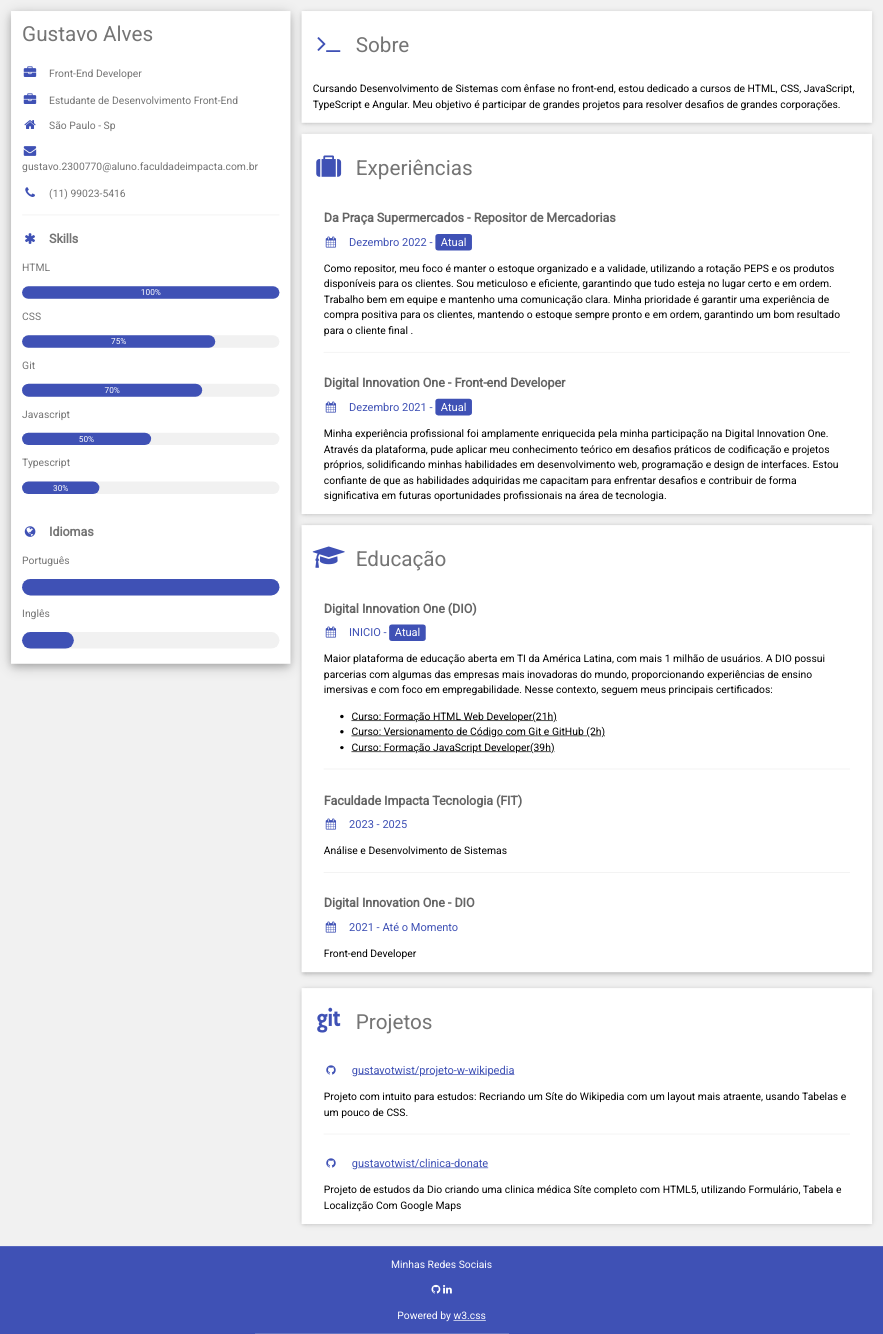
Repository: gustavotwist/cv
Page: index.html
The author's editor kept a copy of each file at every save. The page is drawn from the files as they stood at one save, then again after the next save.
The browser window is 1280 px wide. The pictures show the whole page, at 69% of full size.

Above is the page before, as saved 2024-06-19 22:40:26.

### index.html
<!DOCTYPE html>
<!-- @falvojr: Reference article https://www.w3schools.com/howto/howto_website_create_resume.asp -->
<!-- @falvojr: Useful link to use fontawesome (fa) icons: https://fontawesome.com/v4/icons/ -->
<html lang="pt-BR">

  <head>
    <title>Gustavo Alves</title>

    <meta http-equiv="Content-Type" content="text/html; charset=UTF-8">
    <meta name="viewport" content="width=device-width, initial-scale=1">

    <link rel="stylesheet" href="https://www.w3schools.com/w3css/4/w3.css">
    <link rel='stylesheet' href='https://fonts.googleapis.com/css?family=Roboto'>
    <link rel="stylesheet" href="https://cdnjs.cloudflare.com/ajax/libs/font-awesome/4.7.0/css/font-awesome.min.css">

    <style>
      html,body,h1,h2,h3,h4,h5,h6 {font-family: "Roboto", sans-serif}
    </style>

  </head>

  <body class="w3-light-grey" cz-shortcut-listen="true">

    <!-- Page Container -->
    <div class="w3-content w3-margin-top" style="max-width:1400px;">

      <!-- The Grid -->
      <div class="w3-row-padding">

        <!-- Left Column -->
        <div class="w3-third">

          <div class="w3-white w3-text-grey w3-card-4">
            <!-- @falvojr: This container has been modified to not use a profile picture. -->
            <div class="w3-container">
              <h2>Gustavo Alves</h2>
            </div>
            <div class="w3-container">
              <p><i class="fa fa-briefcase fa-fw w3-margin-right w3-large w3-text-indigo"></i>Front-End Developer</p>
              <p><i class="fa fa-briefcase fa-fw w3-margin-right w3-large w3-text-indigo"></i>Estudante de Desenvolvimento Front-End</p>
              <p><i class="fa fa-home fa-fw w3-margin-right w3-large w3-text-indigo"></i>São Paulo - Sp</p>
              <p><i class="fa fa-envelope fa-fw w3-margin-right w3-large w3-text-indigo"></i>gustavo.2300770@aluno.faculdadeimpacta.com.br</p>
              <p><i class="fa fa-phone fa-fw w3-margin-right w3-large w3-text-indigo"></i>(11) 99023-5416</p>
              <hr>

              <p class="w3-large">
                <b><i class="fa fa-asterisk fa-fw w3-margin-right w3-text-indigo"></i>Skills</b>
              </p>
              <p>HTML</p>
              <div class="w3-light-grey w3-round-xlarge w3-small">
                <div class="w3-container w3-center w3-round-xlarge w3-indigo" style="width:100%">100%</div>
              </div>
              <p>CSS</p>
              <div class="w3-light-grey w3-round-xlarge w3-small">
                <div class="w3-container w3-center w3-round-xlarge w3-indigo" style="width:75%">75%</div>
              </div>
              <p>Git</p>
              <div class="w3-light-grey w3-round-xlarge w3-small">
                <div class="w3-container w3-center w3-round-xlarge w3-indigo" style="width:70%">70%</div>
              </div>
              <p>Javascript</p>
              <div class="w3-light-grey w3-round-xlarge w3-small">
                <div class="w3-container w3-center w3-round-xlarge w3-indigo" style="width:50%">50%</div>
              </div>
              <p>Typescript</p>
              <div class="w3-light-grey w3-round-xlarge w3-small">
                <div class="w3-container w3-center w3-round-xlarge w3-indigo" style="width:30%">30%</div>
              </div>
              <br>
              <p class="w3-large w3-text-theme">
                <b><i class="fa fa-globe fa-fw w3-margin-right w3-text-indigo"></i>Idiomas</b>
              </p>
              <p>Português</p>
              <div class="w3-light-grey w3-round-xlarge">
                <div class="w3-round-xlarge w3-indigo" style="height:24px;width:100%"></div>
              </div>
              <p>Inglês</p>
              <div class="w3-light-grey w3-round-xlarge">
                <div class="w3-round-xlarge w3-indigo" style="height:24px;width:20%"></div>
              </div>
              <br>
            </div>
          </div><br>

          <!-- End Left Column -->
        </div>

        <!-- Right Column -->
        <div class="w3-twothird">

          <div class="w3-container w3-card w3-white w3-margin-bottom">
            <h2 class="w3-text-grey w3-padding-16"><i class="fa fa-terminal fa-fw w3-margin-right w3-xxlarge w3-text-indigo"></i>Sobre</h2>
            <p>Cursando Desenvolvimento de Sistemas com ênfase no front-end, estou dedicado a cursos de HTML, CSS, JavaScript, TypeScript e Angular. Meu objetivo é participar de grandes projetos para resolver desafios de grandes corporações.</p>
          </div>

          <div class="w3-container w3-card w3-white w3-margin-bottom">
            <h2 class="w3-text-grey w3-padding-16">
              <i class="fa fa-suitcase fa-fw w3-margin-right w3-xxlarge w3-text-indigo"></i>Experiências
            </h2>
            <div class="w3-container">
              <h5 class="w3-opacity"><b>Da Praça Supermercados - Repositor de Mercadorias</b></h5>
              <h6 class="w3-text-indigo"><i class="fa fa-calendar fa-fw w3-margin-right"></i>Dezembro 2022 - <span class="w3-tag w3-indigo w3-round">Atual</span></h6>
              <p>Como repositor, meu foco é manter o estoque organizado e a validade, utilizando a rotação PEPS e os produtos disponíveis para os clientes. Sou meticuloso e eficiente, garantindo que tudo esteja no lugar certo e em ordem. Trabalho bem em equipe e mantenho uma comunicação clara. Minha prioridade é garantir uma experiência de compra positiva para os clientes, mantendo o estoque sempre pronto e em ordem, garantindo um bom resultado para o cliente final .</p>
              <hr>
            </div>
            <div class="w3-container">
              <h5 class="w3-opacity"><b>Digital Innovation One - Front-end Developer</b></h5>
                <h6 class="w3-text-indigo"><i class="fa fa-calendar fa-fw w3-margin-right"></i>Dezembro 2021 - <span class="w3-tag w3-indigo w3-round">Atual</span></h6>
                <p>
                    Minha experiência profissional foi amplamente enriquecida pela minha participação na Digital Innovation One. Através da plataforma, pude aplicar meu conhecimento teórico em desafios práticos de codificação e projetos próprios, solidificando minhas habilidades em desenvolvimento web, programação e design de interfaces. Estou confiante de que as habilidades adquiridas me capacitam para enfrentar desafios e contribuir de forma significativa em futuras oportunidades profissionais na área de tecnologia.
                </p>

            </div>
          </div>

          <div class="w3-container w3-card w3-white">
            <h2 class="w3-text-grey w3-padding-16">
              <i class="fa fa-graduation-cap fa-fw w3-margin-right w3-xxlarge w3-text-indigo"></i>Educação
            </h2>
            <div class="w3-container">
              <h5 class="w3-opacity"><b>Digital Innovation One (DIO)</b></h5>
              <h6 class="w3-text-indigo"><i class="fa fa-calendar fa-fw w3-margin-right"></i>INICIO - <span class="w3-tag w3-indigo w3-round">Atual</span></h6>
              <p>
                Maior plataforma de educação aberta em TI da América Latina, com mais 1 milhão de usuários.
                A DIO possui parcerias com algumas das empresas mais inovadoras do mundo, proporcionando experiências
                de ensino imersivas e com foco em empregabilidade. Nesse contexto, seguem meus principais certificados:
              </p>
              <ul>
                <li><a href="https://www.dio.me/certificate/VDSNYTO5" target="_blank">Curso: Formação HTML Web Developer(21h)</a></li>
                <li><a href="https://www.dio.me/certificate/EA66CA6A" target="_blank">Curso: Versionamento de Código com Git e GitHub (2h)</a></li>
                <li><a href="https://www.dio.me/certificate/OST0WIWG" target="_blank">Curso: Formação JavaScript Developer(39h)</a></li>
              </ul>
              <hr>
            </div>
            <div class="w3-container">
              <h5 class="w3-opacity"><b>Faculdade Impacta Tecnologia (FIT)</b></h5>
              <h6 class="w3-text-indigo"><i class="fa fa-calendar fa-fw w3-margin-right"></i>2023 - 2025</h6>
              <p>Análise e Desenvolvimento de Sistemas</p>
              <hr>
            </div>
            <div class="w3-container">
              <h5 class="w3-opacity"><b>Digital Innovation One - DIO</b></h5>
              <h6 class="w3-text-indigo"><i class="fa fa-calendar fa-fw w3-margin-right"></i>2021 - Até o Momento</h6>
              <p>Front-end Developer</p>
            </div>
          </div><br>
          <div class="w3-container w3-card w3-white w3-margin-bottom">
            <h2 class="w3-text-grey w3-padding-16">
              <i class="fa fa-git fa-fw w3-margin-right w3-xxlarge w3-text-indigo"></i>Projetos
            </h2>
            <div class="w3-container">
              <h6 class="w3-text-indigo">
                <i class="fa fa-github fa-fw w3-margin-right"></i>
                <a href="https://github.com/gustavotwist/projeto-w-wikipedia" target="_blank">gustavotwist/projeto-w-wikipedia</a>
              </h6>
              <p>Projeto com intuito para estudos: Recriando um Síte do Wikipedia com um layout mais atraente, usando Tabelas e um pouco de CSS.</p>
              <hr>
            </div>
            <div class="w3-container">
              <h6 class="w3-text-indigo">
                <i class="fa fa-github fa-fw w3-margin-right"></i>
                <a href="https://github.com/gustavotwist/clinica-donate" target="_blank">gustavotwist/clinica-donate</a>
              </h6>
              <p>Projeto de estudos da Dio criando uma clinica médica Síte completo com HTML5, utilizando Formulário, Tabela e Localizção Com Google Maps</p>
            </div>
          </div>

          <!-- End Right Column -->
        </div>

        <!-- End Grid -->
      </div>

      <!-- End Page Container -->
    </div>

    <footer class="w3-container w3-indigo w3-center w3-margin-top">
      <p>Minhas Redes Sociais</p>
      <a href="https://github.com/gustavotwist" target="_blank"><i class="fa fa-github w3-hover-opacity"></i></a>
      <a href="https://www.linkedin.com/in/gustavoalves7/" target="_blank"><i class="fa fa-linkedin w3-hover-opacity"></i></a>
      <p>Powered by <a href="https://www.w3schools.com/w3css/default.asp" target="_blank">w3.css</a></p>
    </footer>

  </body>

</html>

After the next save:
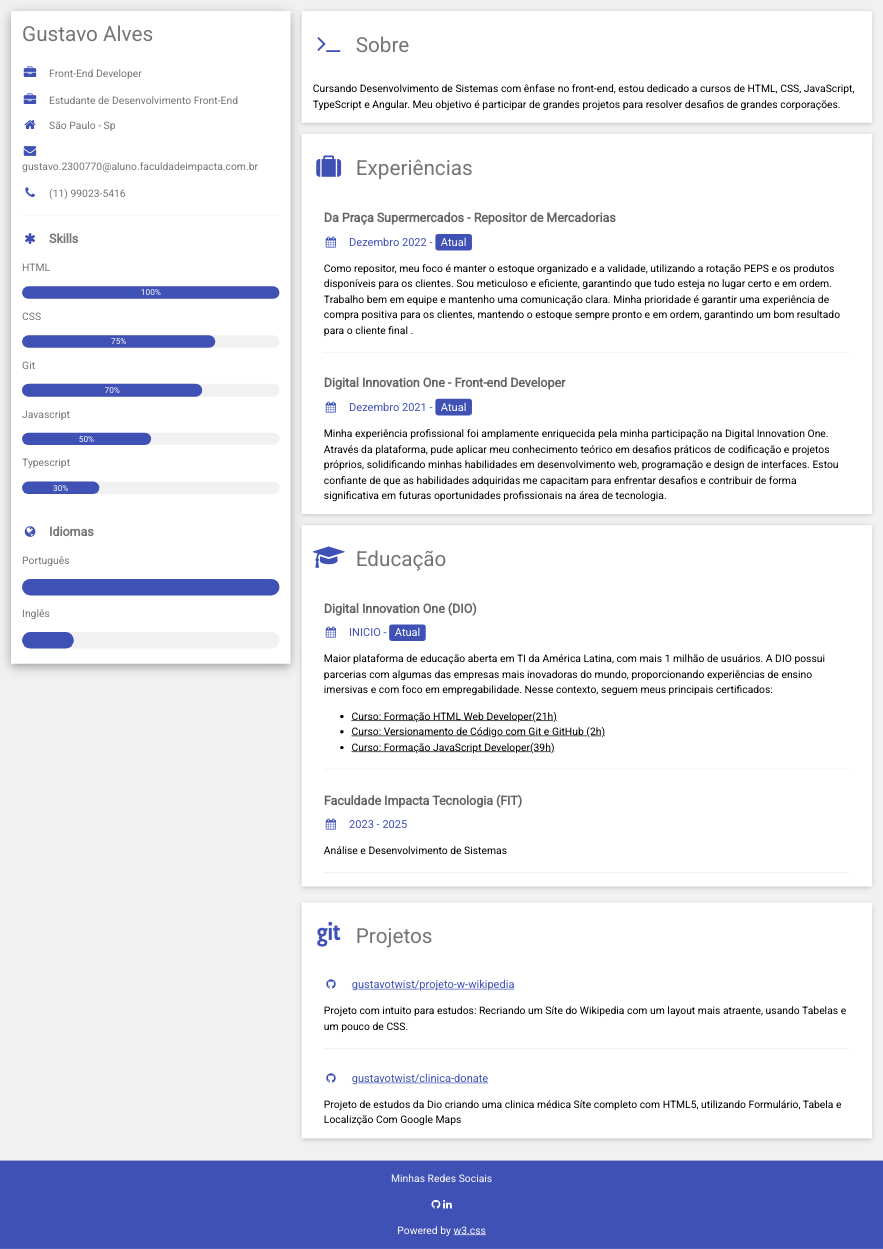
Saved 50 s later.
--- a/index.html
+++ b/index.html
@@ -138,11 +138,6 @@
               <p>Análise e Desenvolvimento de Sistemas</p>
               <hr>
             </div>
-            <div class="w3-container">
-              <h5 class="w3-opacity"><b>Digital Innovation One - DIO</b></h5>
-              <h6 class="w3-text-indigo"><i class="fa fa-calendar fa-fw w3-margin-right"></i>2021 - Até o Momento</h6>
-              <p>Front-end Developer</p>
-            </div>
           </div><br>
           <div class="w3-container w3-card w3-white w3-margin-bottom">
             <h2 class="w3-text-grey w3-padding-16">
